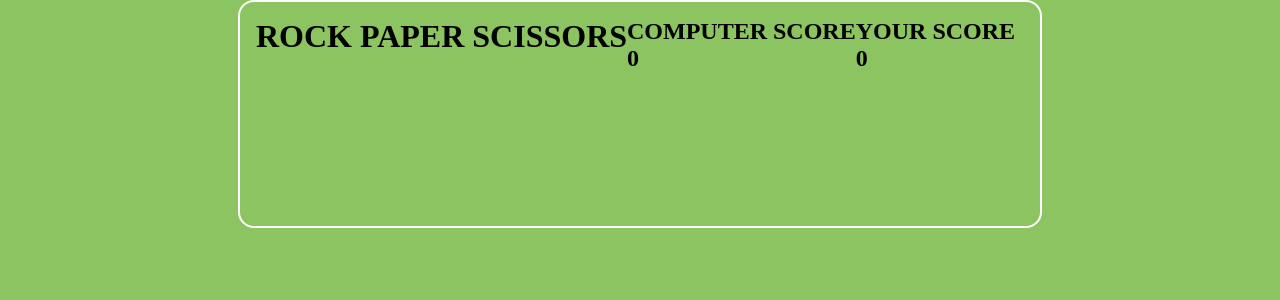
Repository: drumsmanku/Major-module-project-1
Page: index.html
An editor plug-in stored every save of this project. The page is shown before and after the next save, followed by the edit.
The browser window is 1280 px wide. The pictures show the whole page.

Above is the page before, as saved 2023-04-27 10:33:35.

### index.html
<!DOCTYPE html>
<html lang="en">
<head>
  <meta charset="UTF-8">
  <meta http-equiv="X-UA-Compatible" content="IE=edge">
  <meta name="viewport" content="width=device-width, initial-scale=1.0">
  <link rel="stylesheet" href="styles.css">
  <title>Module Project 1 </title>
</head>
<body>
  <div class="main-container">
    <div class="first-container">
      <div class="text">
        <h1>ROCK PAPER SCISSORS</h1>
      </div>
      <div class="computer-score">
        <h2>COMPUTER SCORE</h2>
        <h2>0</h2>
      </div>
      <div class="you-score">
        <h2>YOUR SCORE</h2>
        <h2>0</h2>
      </div>
    </div>

    <div class="second-main-container">
      <div class="second-first-main-container">

      </div>
      <div class="second-second-main-container">

      </div>
    </div>
  </div>

  <script src="script.js"></script>
</body>
</html>

### styles.css
*{
  padding: 0;
  margin: 0;
}

body{
  background-color: #8CC461;
}
.main-container{
  display: flex;
  flex-direction: column;
  align-items: center;
}
.first-container{
  height: 12rem;
  width: 60vw;
  border: 2px solid white;
  background: none;
  border-radius: 1rem;
  padding: 1rem;
  display: flex;
  flex-direction: row;
}
.text{
  display: flex;
  flex-direction: column;
}

Loaded but not shown: script.js (no stored copy; drawn as an empty file)

After the next save:
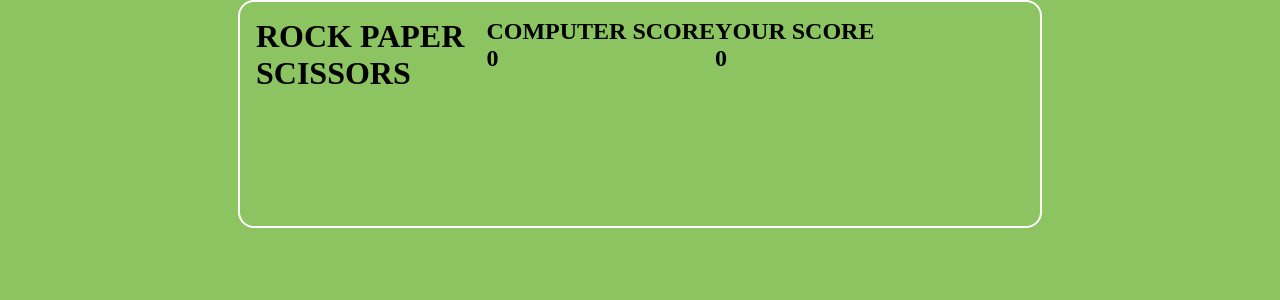
Saved 43 s later.
--- a/styles.css
+++ b/styles.css
@@ -22,6 +22,6 @@ body{
   flex-direction: row;
 }
 .text{
-  display: flex;
-  flex-direction: column;
+  height: fit-content;
+  width: 30%;
 }
